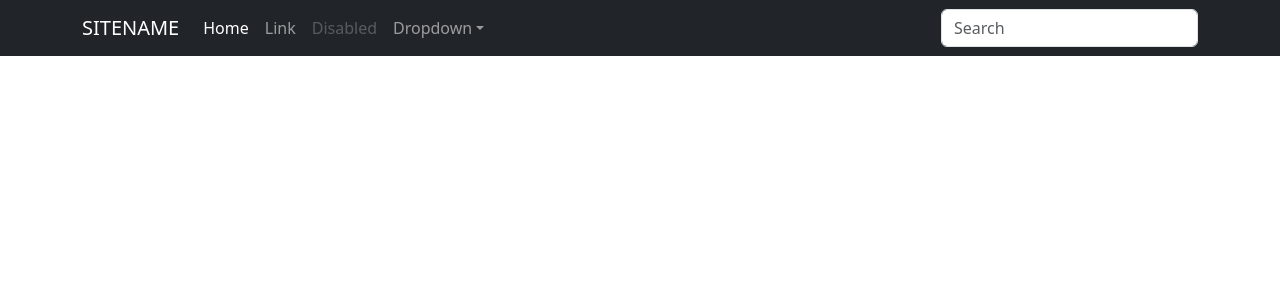
Repository: AcoGlezRojo/AcoGlezRojo.github.io
Page: docs/index.html
The author's editor kept a copy of each file at every save. The page is drawn from the files as they stood at one save, then again after the next save.
The browser window is 1280 px wide. The pictures show the whole page.

Above is the page before, as saved 2023-06-28 21:22:44.

### docs/index.html
<!DOCTYPE html>
<html lang="es">

<head>
    <meta charset="UTF-8">
    <meta name="viewport" content="width=device-width, initial-scale=1.0">
    <title>Portfolio | Acoidán González</title>

    <!-- bootstrap -->
    <link href="css/bootstrap.min.css" rel="stylesheet">
    <!-- Custom styles for this template -->
    <link href="https://fonts.googleapis.com/css?family=Playfair&#43;Display:700,900&amp;display=swap" rel="stylesheet">
    <!-- Custom styles for this template -->
    <link href="css/styles.css" rel="stylesheet">
</head>

<body>

    <nav class="navbar navbar-expand-lg navbar-dark bg-dark fixed-top" aria-label="Fifth navbar example">
        <div class="container">
            <a class="navbar-brand text-uppercase text-bold" href="#">Sitename</a>
            <button class="navbar-toggler" type="button" data-bs-toggle="collapse" data-bs-target="#navbarsExample05"
                aria-controls="navbarsExample05" aria-expanded="false" aria-label="Toggle navigation">
                <span class="navbar-toggler-icon"></span>
            </button>

            <div class="collapse navbar-collapse" id="navbarsExample05">
                <ul class="navbar-nav me-auto mb-2 mb-lg-0">
                    <li class="nav-item">
                        <a class="nav-link active" aria-current="page" href="#">Home</a>
                    </li>
                    <li class="nav-item">
                        <a class="nav-link" href="#">Link</a>
                    </li>
                    <li class="nav-item">
                        <a class="nav-link disabled">Disabled</a>
                    </li>
                    <li class="nav-item dropdown">
                        <a class="nav-link dropdown-toggle" href="#" data-bs-toggle="dropdown"
                            aria-expanded="false">Dropdown</a>
                        <ul class="dropdown-menu">
                            <li><a class="dropdown-item" href="#">Action</a></li>
                            <li><a class="dropdown-item" href="#">Another action</a></li>
                            <li><a class="dropdown-item" href="#">Something else here</a></li>
                        </ul>
                    </li>
                </ul>
                <form role="search">
                    <input class="form-control" type="search" placeholder="Search" aria-label="Search">
                </form>
            </div>
        </div>
    </nav>

    <!-- bootstrap -->
    <script src="js/bootstrap.bundle.min.js"></script>
    <script src="js/color-modes.js"></script>
</body>

</html>

### docs/js/color-modes.js
/*!
 * Color mode toggler for Bootstrap's docs (https://getbootstrap.com/)
 * Copyright 2011-2023 The Bootstrap Authors
 * Licensed under the Creative Commons Attribution 3.0 Unported License.
 */

(() => {
  'use strict'

  const getStoredTheme = () => localStorage.getItem('theme')
  const setStoredTheme = theme => localStorage.setItem('theme', theme)

  const getPreferredTheme = () => {
    const storedTheme = getStoredTheme()
    if (storedTheme) {
      return storedTheme
    }

    return window.matchMedia('(prefers-color-scheme: dark)').matches ? 'dark' : 'light'
  }

  const setTheme = theme => {
    if (theme === 'auto' && window.matchMedia('(prefers-color-scheme: dark)').matches) {
      document.documentElement.setAttribute('data-bs-theme', 'dark')
    } else {
      document.documentElement.setAttribute('data-bs-theme', theme)
    }
  }

  setTheme(getPreferredTheme())

  const showActiveTheme = (theme, focus = false) => {
    const themeSwitcher = document.querySelector('#bd-theme')

    if (!themeSwitcher) {
      return
    }

    const themeSwitcherText = document.querySelector('#bd-theme-text')
    const activeThemeIcon = document.querySelector('.theme-icon-active use')
    const btnToActive = document.querySelector(`[data-bs-theme-value="${theme}"]`)
    const svgOfActiveBtn = btnToActive.querySelector('svg use').getAttribute('href')

    document.querySelectorAll('[data-bs-theme-value]').forEach(element => {
      element.classList.remove('active')
      element.setAttribute('aria-pressed', 'false')
    })

    btnToActive.classList.add('active')
    btnToActive.setAttribute('aria-pressed', 'true')
    activeThemeIcon.setAttribute('href', svgOfActiveBtn)
    const themeSwitcherLabel = `${themeSwitcherText.textContent} (${btnToActive.dataset.bsThemeValue})`
    themeSwitcher.setAttribute('aria-label', themeSwitcherLabel)

    if (focus) {
      themeSwitcher.focus()
    }
  }

  window.matchMedia('(prefers-color-scheme: dark)').addEventListener('change', () => {
    const storedTheme = getStoredTheme()
    if (storedTheme !== 'light' && storedTheme !== 'dark') {
      setTheme(getPreferredTheme())
    }
  })

  window.addEventListener('DOMContentLoaded', () => {
    showActiveTheme(getPreferredTheme())

    document.querySelectorAll('[data-bs-theme-value]')
      .forEach(toggle => {
        toggle.addEventListener('click', () => {
          const theme = toggle.getAttribute('data-bs-theme-value')
          setStoredTheme(theme)
          setTheme(theme)
          showActiveTheme(theme, true)
        })
      })
  })
})()

Loaded but not shown: docs/css/bootstrap.min.css (library); docs/js/bootstrap.bundle.min.js (library); docs/css/styles.css (no stored copy; drawn as an empty file)

After the next save:
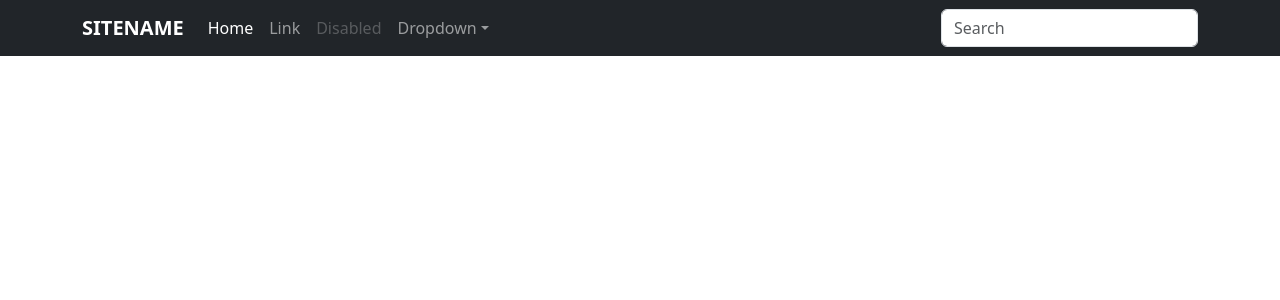
Saved 26 s later.
--- a/docs/index.html
+++ b/docs/index.html
@@ -18,7 +18,7 @@
 
     <nav class="navbar navbar-expand-lg navbar-dark bg-dark fixed-top" aria-label="Fifth navbar example">
         <div class="container">
-            <a class="navbar-brand text-uppercase text-bold" href="#">Sitename</a>
+            <a class="navbar-brand text-uppercase fw-bold" href="#">Sitename</a>
             <button class="navbar-toggler" type="button" data-bs-toggle="collapse" data-bs-target="#navbarsExample05"
                 aria-controls="navbarsExample05" aria-expanded="false" aria-label="Toggle navigation">
                 <span class="navbar-toggler-icon"></span>
